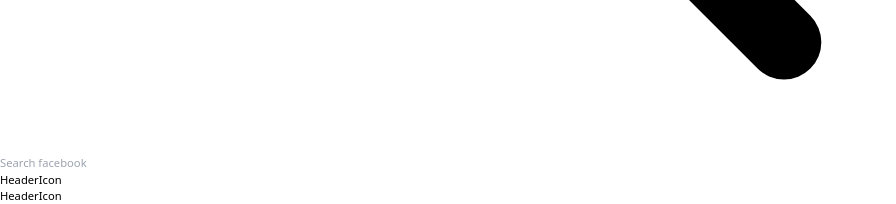
Repository: SehajBindra/Facebook-clone
Page: /
An editor plug-in stored every save of this project. The page is shown before and after the next save, followed by the edit.
The browser window is 1280 px wide. The pictures show the part of the page from y = 1106 to 3026 px (the page is 1398 px tall before and 3910 px after), at 70% of full size.
The project was rebuilt for these pictures with package versions that can differ from the ones it lists, and the page was loaded fresh each time. The framework's server and built-in components were replaced by stand-ins that run in the browser. Also part of the build but not shown: next.config.js, styles/Home.module.css.

Above is the page before, as saved 2022-08-18 17:58:06.

After the next save:
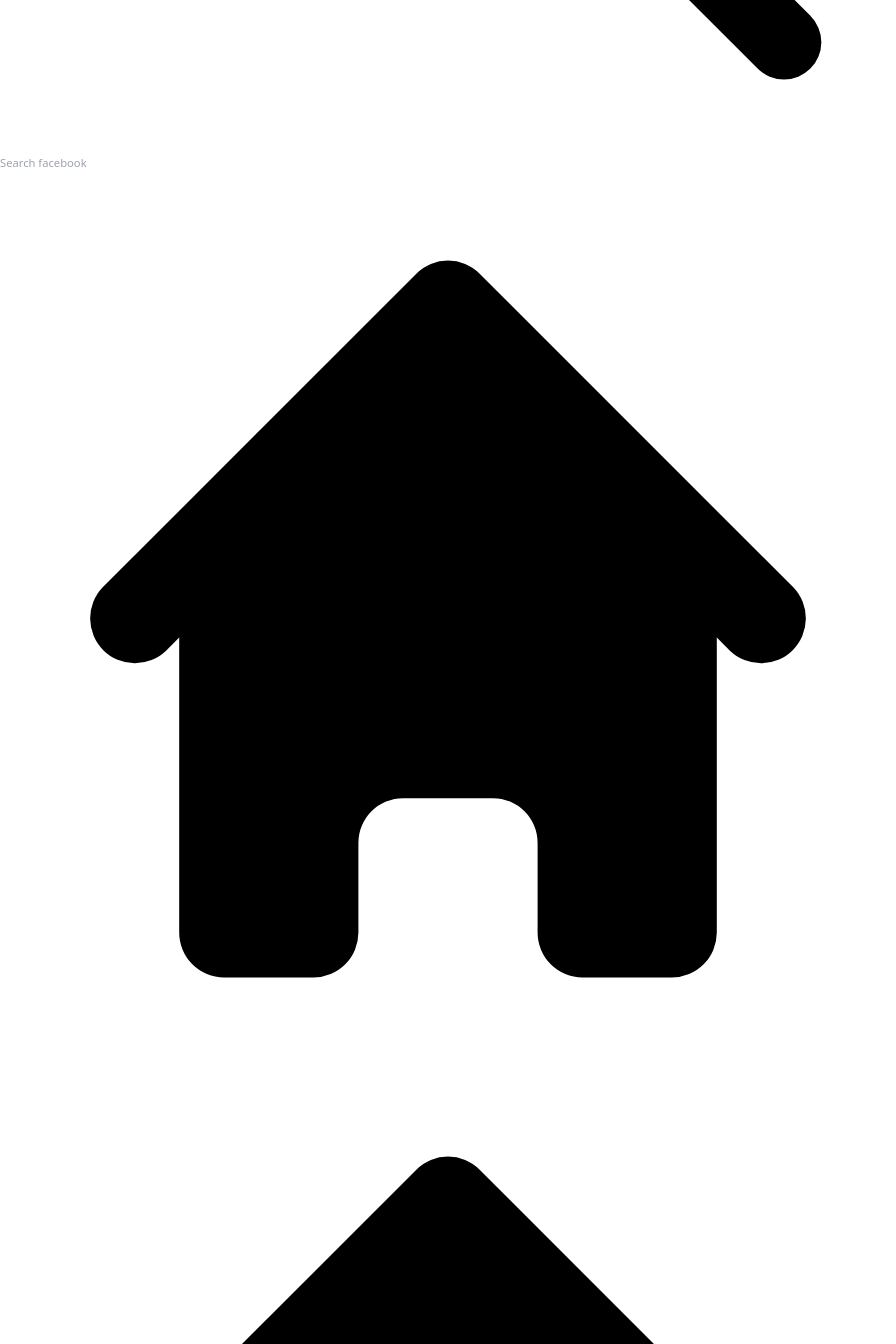
Saved 2 min 14 s later.
--- a/Components/HeaderIcon.js
+++ b/Components/HeaderIcon.js
@@ -1,7 +1,11 @@
 import React from "react";
 
-function HeaderIcon() {
-  return <div>HeaderIcon</div>;
+function HeaderIcon({ Icon }) {
+  return (
+    <div>
+      <Icon className="h-5" />
+    </div>
+  );
 }
 
 export default HeaderIcon;
